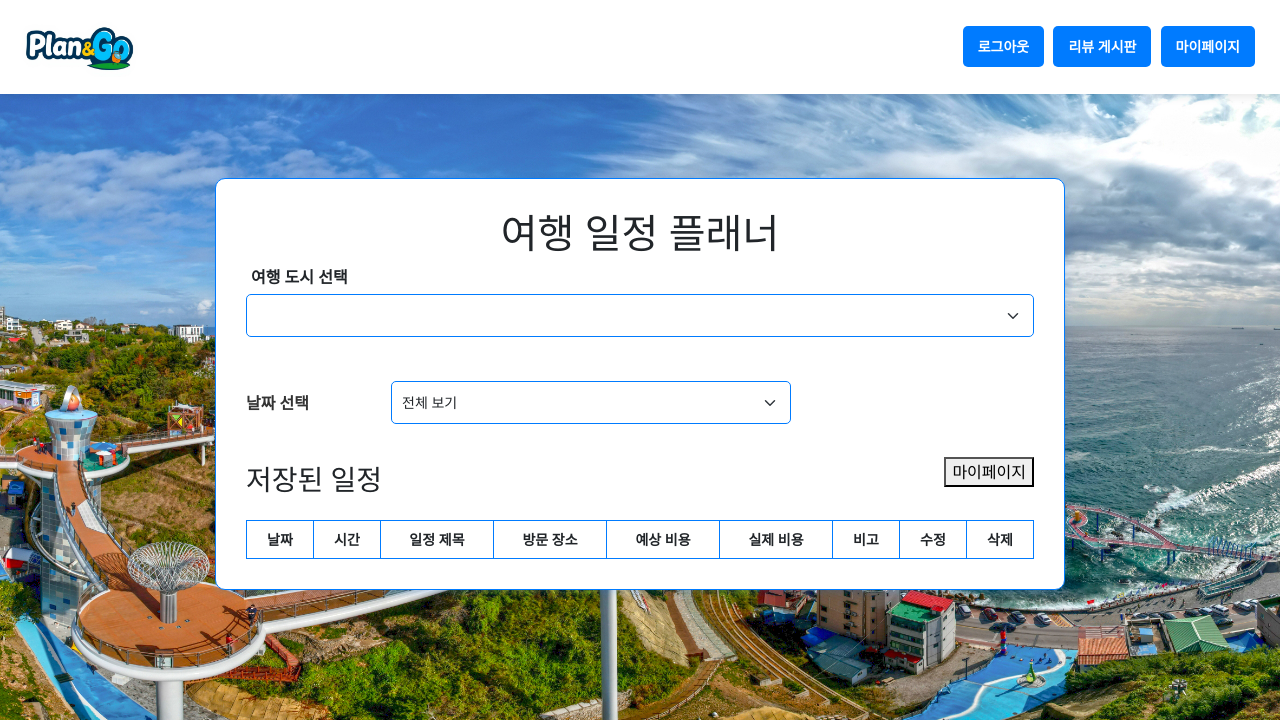
Repository: ParkHuiWoong/PlanandGo
Page: http://localhost/plan_and_go_Prj/WEB-INF/views/planner/planForm2.jsp
The author's editor kept a copy of each file at every save. The page is drawn from the files as they stood at one save, then again after the next save.
The browser window is 1280 px wide. The pictures show the whole page.
The page is served by Tomcat 9. Nobody is signed in. The template is opened directly, without the code that normally fills it, so the values that code supplies are empty.

Above is the page before, as saved 2025-04-09 02:56:24.

After the next save:
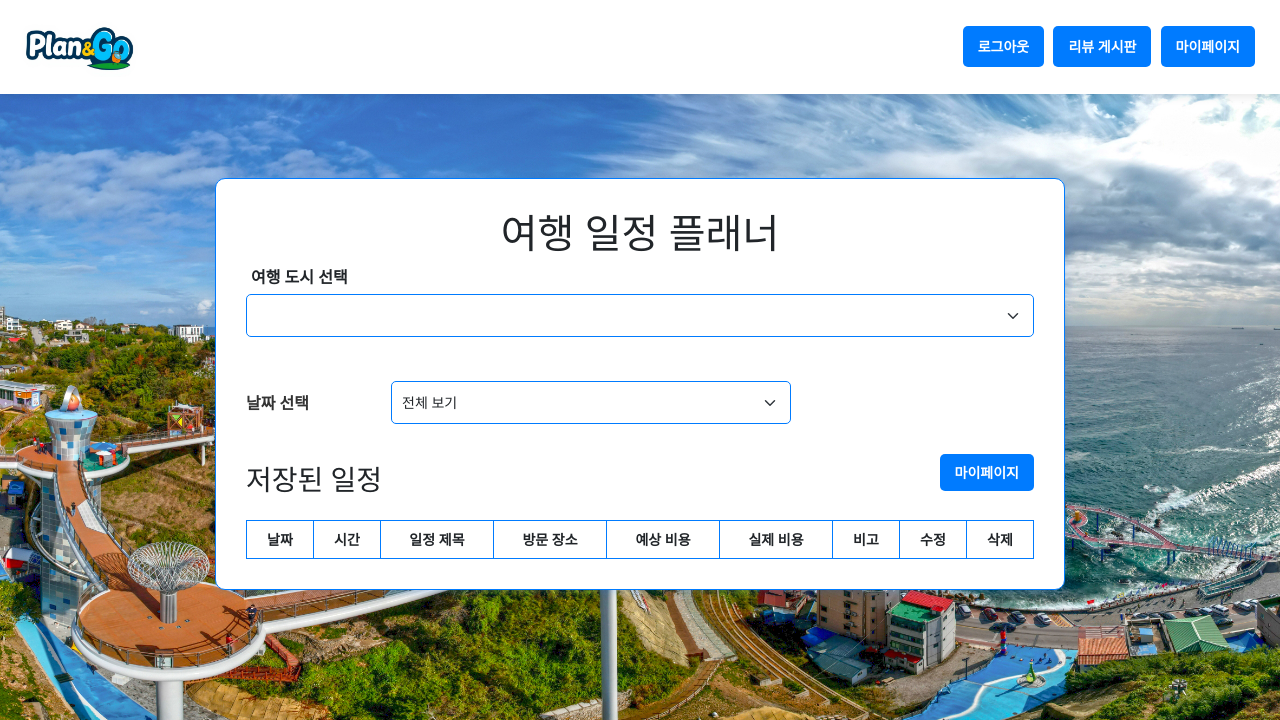
Saved 15 s later.
--- a/workspace_plan_and_go/plan_and_go/plan_and_go_Prj/src/main/webapp/WEB-INF/views/planner/planForm2.jsp
+++ b/workspace_plan_and_go/plan_and_go/plan_and_go_Prj/src/main/webapp/WEB-INF/views/planner/planForm2.jsp
@@ -101,7 +101,7 @@ String group_id = request.getParameter("group_id");
 			<h3 class="mt-4">저장된 일정</h3>
 			<form id="planFormMyPage2" action="${contextPath}/board/myPage.do" method="POST">
 				<input type="hidden" name="MEMBER_ID" value="${loggedInUser.MEMBER_ID}">
-				<button>마이페이지</button>
+				<button class="mypage-btn">마이페이지</button>
 			</form>
 			<%-- <a href="${contextPath}/board/myPage.do?MEMBER_ID=${loggedInUser.MEMBER_ID}" class="mypage-btn">마이페이지</a> --%>
 		</div>
